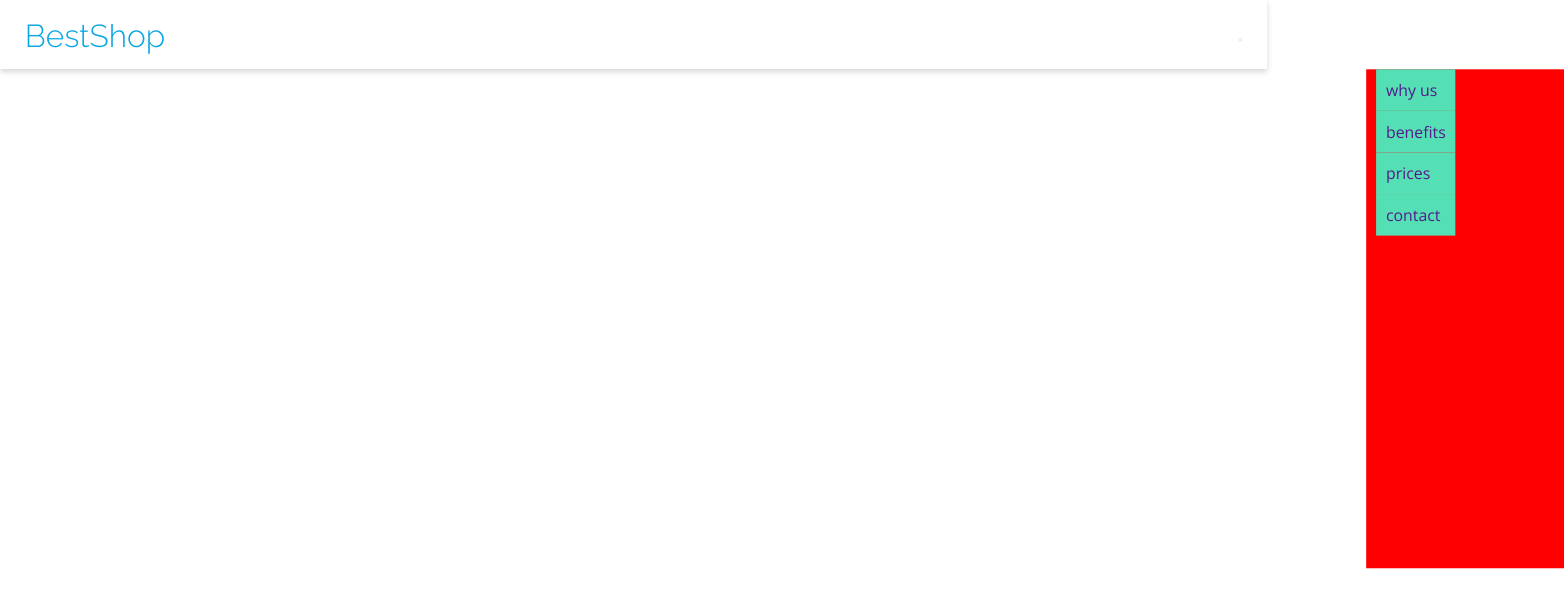
Repository: artwol993/BestShop
Page: index.html
The author's editor kept a copy of each file at every save. The page is drawn from the files as they stood at one save, then again after the next save.
The browser window is 1280 px wide. The page is 1580 px wide, so the pictures cover 1580 px, including what lies to the right of the window. The pictures show the whole page, at 99% of full size.
The style sheet was rebuilt from its Sass, Less or Tailwind sources for each picture, by a compiler version that may differ from the author's.

Above is the page before, as saved 2020-05-27 00:00:19.

After the next save:
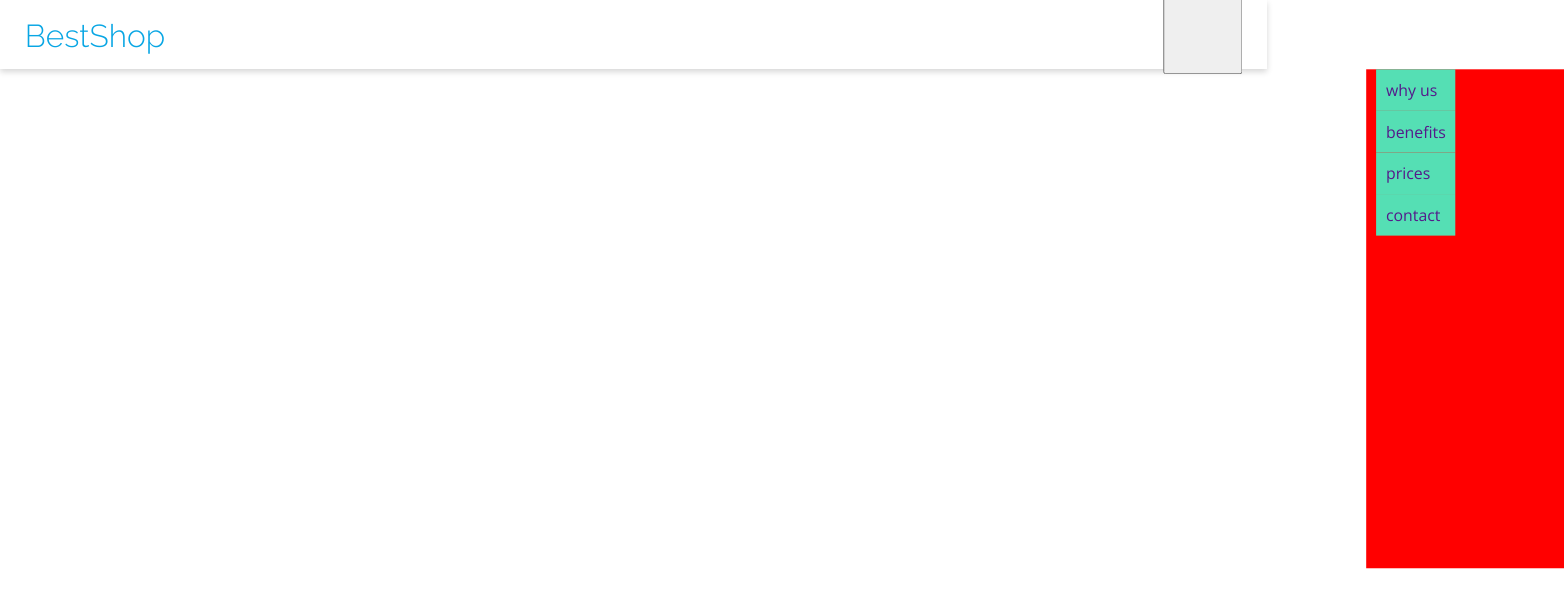
Saved 2 s later.
--- a/scss/main.scss
+++ b/scss/main.scss
@@ -72,37 +72,53 @@
       box-shadow: 0px 3px 6px $c-shadow;
   }
 
-  .hamburger {
-    width: 20px;
-    height: 15px;
-    border: 0;
-    border-top: 3px solid $c-primary-first;
+  .menu-btn {
+    position: relative;
+    display: flex;
+    justify-content: center;
+    align-items: center;
+    width: 80px;
+    height: 80px;
+    cursor: pointer;
+    transition: all .5s ease-in-out;
+    /* border: 3px solid #fff; */
+  }
+  .menu-btn__burger {
+    width: 50px;
+    height: 6px;
+    background: #fff;
+    border-radius: 5px;
+    box-shadow: 0 2px 5px rgba(255,101,47,.2);
+    transition: all .5s ease-in-out;
+  }
+  .menu-btn__burger::before,
+  .menu-btn__burger::after {
+    content: '';
+    position: absolute;
+    width: 50px;
+    height: 6px;
+    background: #fff;
+    border-radius: 5px;
+    box-shadow: 0 2px 5px rgba(255,101,47,.2);
+    transition: all .5s ease-in-out;
+  }
+  .menu-btn__burger::before {
+    transform: translateY(-16px);
+  }
+  .menu-btn__burger::after {
+    transform: translateY(16px);
+  }
+  /* ANIMATION */
+  .menu-btn.open .menu-btn__burger {
+    transform: translateX(-50px);
     background: transparent;
-    position: relative;
-    transition: 0.3s transform linear;
+    box-shadow: none;
   }
-
-  .hamburger::before, .hamburger::after {
-      content: "";
-      position: absolute;
-      top: 0;
-      left: 0;
-      width: 100%;
-      border-top: 2px solid $c-primary-first;
-      transform: translateY(6px);
+  .menu-btn.open .menu-btn__burger::before {
+    transform: rotate(45deg) translate(35px, -35px);
   }
-
-  .hamburger::after {
-      transform: translateY(15px);
-      transition: 0.3s transform linear;
-  }
-
-  .hamburger:focus {
-      transform: rotate(45deg) translateY(6px);
-      border: none;
-  }
-  .hamburger:focus::after {
-      transform: rotate(-90deg) translateX(-6px);
+  .menu-btn.open .menu-btn__burger::after {
+    transform: rotate(-45deg) translate(35px, 35px);
   }
 
   .side__menu {
